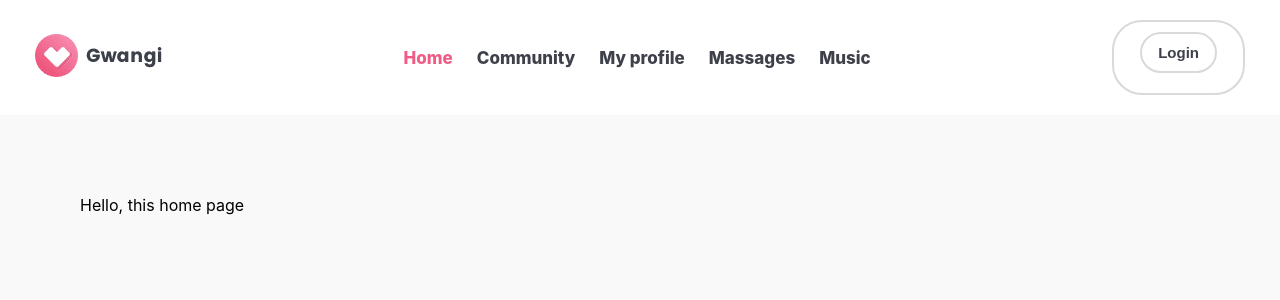
Repository: ShokunLiubov/Soc-Network-React
Page: /home
The author's editor kept a copy of each file at every save. The page is drawn from the files as they stood at one save, then again after the next save.
The browser window is 1280 px wide. The pictures show the whole page.
The project was rebuilt for these pictures with package versions that can differ from the ones it lists, and the page was loaded fresh each time. Also part of the build but not shown: src/components/common/Paginator/Paginator.module.css, src/components/common/Paginator/Paginator.jsx, src/components/Community/Community.module.css, src/components/Community/Friend/Friend.jsx, src/components/Community/Community.jsx, src/components/common/Preloader/Preloader.jsx, src/components/Community/CommunityContainer.jsx, src/components/Dialogs/Dialogs.module.css and 13 more.

Above is the page before, as saved 2022-08-24 16:47:46.

After the next save:
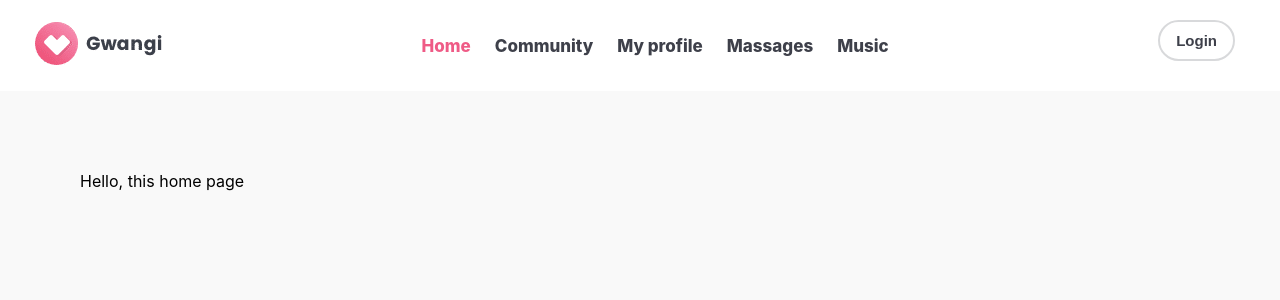
Saved 5 s later.
--- a/src/components/Navbar/Navbar.module.css
+++ b/src/components/Navbar/Navbar.module.css
@@ -29,12 +29,4 @@
 
 .login {
     text-decoration: none;
-    background-color: #ffffff;
-    border: 2px solid #d8d9db;
-    border-radius: 30px;
-    padding: 10px 16px;
-    font-size: 15px;
-    color: #3e404a;
-    font-weight: 800;
-    cursor: pointer;
 }
